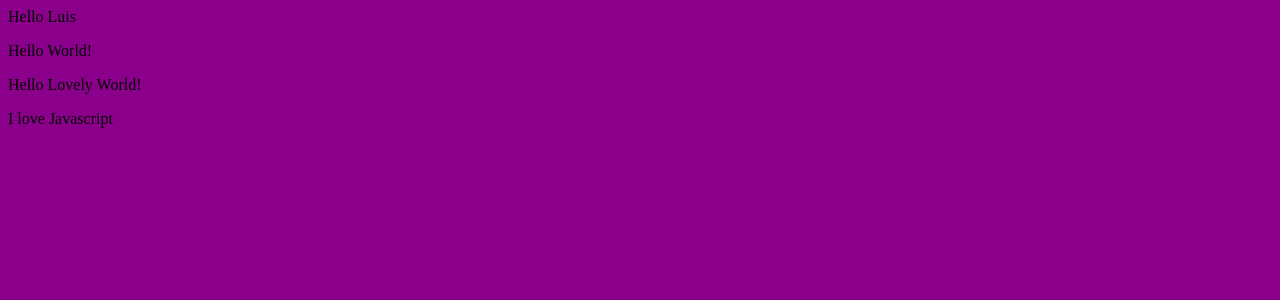
Repository: WDUtadas/WDUtadas.github.io
Page: myjsfiles/app.html
These files come from the project's save history. The page is drawn as it stood at one moment and after the next save; the edit follows.
The browser window is 1280 px wide. The pictures show the whole page.

Above is the page before, as saved 2025-03-07 12:10:44.

After the next save:
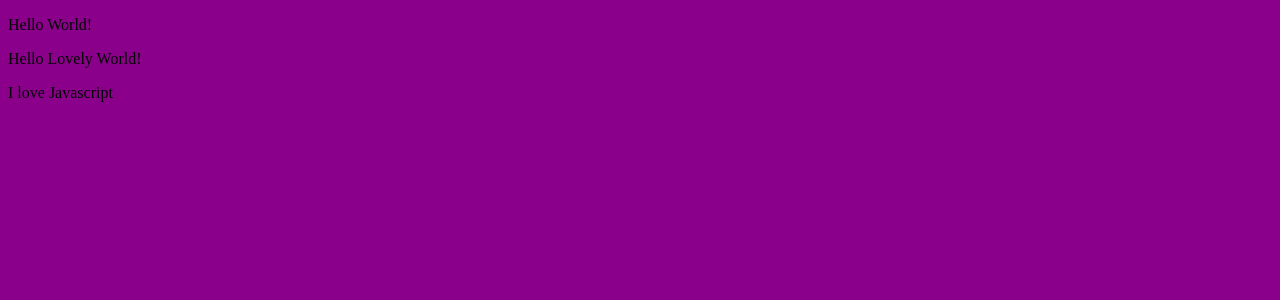
Console error: SyntaxError: Unexpected token '<'
Saved 72 s later.
--- a/myjsfiles/app.html
+++ b/myjsfiles/app.html
@@ -5,7 +5,7 @@
     <meta name="viewport" content="width=device-width, initial-scale=1.0">
     <title>Introduction to Javascript, HTML and CSS</title>
     <link rel="stylesheet" href="./mycss/app.css">
-    <script src="./myjavascript/app.js"></script>
+    <script src="./"></script>
 </head>
 <body>
    <p>Hello World!</p>

After the save that followed:
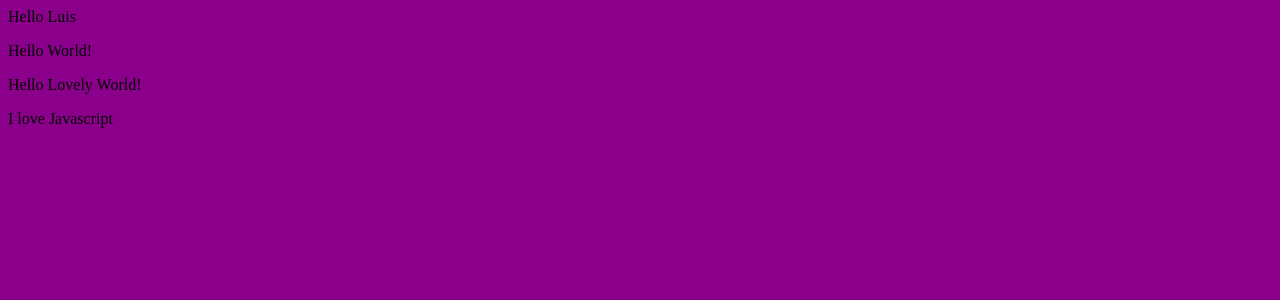
The error is gone.
Saved 2 min 31 s later.
--- a/myjsfiles/app.html
+++ b/myjsfiles/app.html
@@ -5,7 +5,7 @@
     <meta name="viewport" content="width=device-width, initial-scale=1.0">
     <title>Introduction to Javascript, HTML and CSS</title>
     <link rel="stylesheet" href="./mycss/app.css">
-    <script src="./"></script>
+    <script src="./myjavascript/app.js"></script>
 </head>
 <body>
    <p>Hello World!</p>
